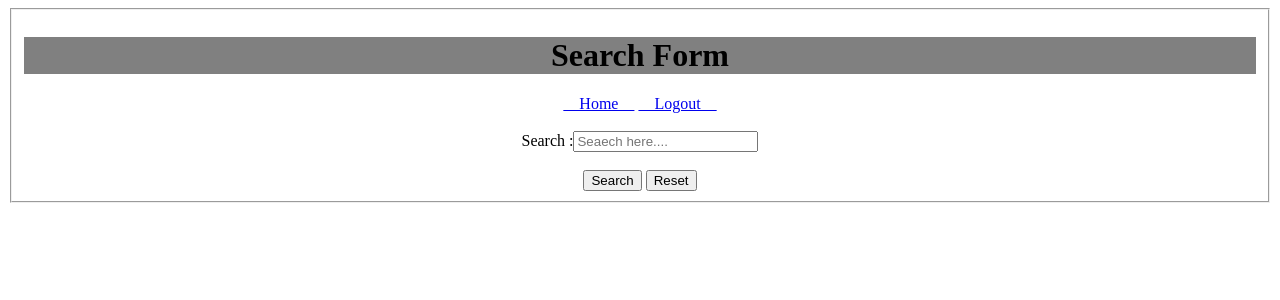
Repository: abhinavk718/servlet-project
Page: empwebapp/WebContent/search.html
An editor plug-in stored every save of this project. The page is shown before and after the next save, followed by the edit.
The browser window is 1280 px wide. The pictures show the whole page.

Above is the page before, as saved 2019-11-15 10:46:35.

### empwebapp/WebContent/search.html
<!DOCTYPE html>
<html>
<head>
<meta charset="ISO-8859-1">
<title>Search here</title>
</head>
<body>
<fieldset align="center">
<form action="./home" class="col-md-4 offset-4 mt-5 mb-5 card card-body">
    <h1 class="text-center" style="background-color: gray;">Search Form</h1>
    <a href="#">&nbsp; &nbsp; Home &nbsp; &nbsp;</a>
    <a href="#">&nbsp; &nbsp; Logout &nbsp; &nbsp;</a><br>
    <br>
    <div class="formgroup">
        Search :<input type="id" name="search"class="form-control mb-1" placeholder="Seaech here....">
    </div>
    <br>
    <div class="formgroup">
        <button type="submit" class="btn btn-primary float-right mb-1" >Search</button>
         <button type="reset" class="btn btn-primary float-right mb-1" >Reset</button>
    </div>
</form>
</fieldset>
</body>
</html>

After the next save:
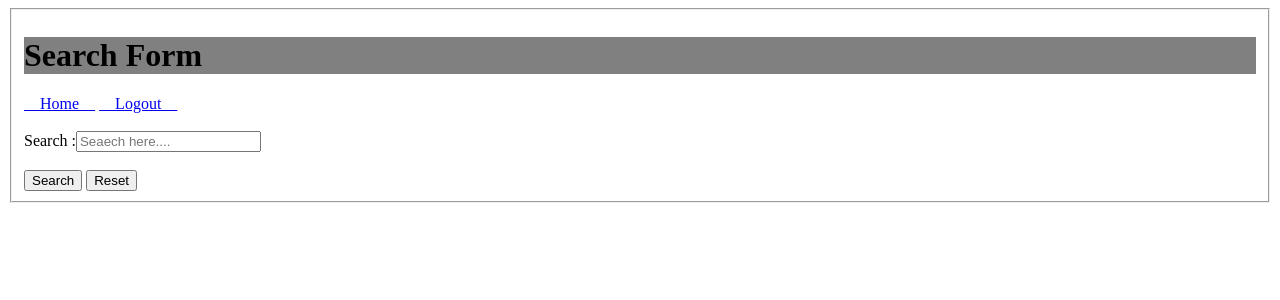
Saved 11 s later.
--- a/empwebapp/WebContent/search.html
+++ b/empwebapp/WebContent/search.html
@@ -5,7 +5,7 @@
 <title>Search here</title>
 </head>
 <body>
-<fieldset align="center">
+<fieldset >
 <form action="./home" class="col-md-4 offset-4 mt-5 mb-5 card card-body">
     <h1 class="text-center" style="background-color: gray;">Search Form</h1>
     <a href="#">&nbsp; &nbsp; Home &nbsp; &nbsp;</a>
